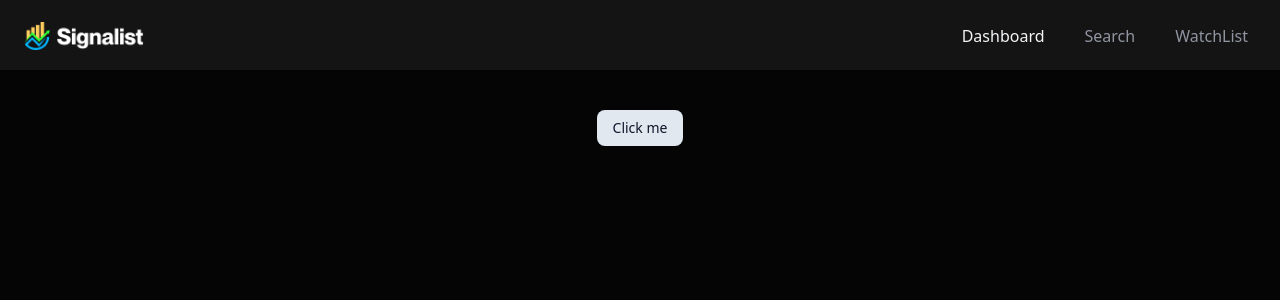
Repository: ahmadsaadkhan/stock-trading-app
Page: /
An editor plug-in stored every save of this project. The page is shown before and after the next save, followed by the edit.
The browser window is 1280 px wide. The pictures show the whole page.
The project was rebuilt for these pictures with package versions that can differ from the ones it lists, and the page was loaded fresh each time. The framework's server and built-in components were replaced by stand-ins that run in the browser. Also part of the build but not shown: next.config.ts.

Above is the page before, as saved 2025-10-03 17:39:00.

### app/layout.tsx
import type { Metadata } from "next";
import { Geist, Geist_Mono } from "next/font/google";
import "./globals.css";

const geistSans = Geist({
  variable: "--font-geist-sans",
  subsets: ["latin"],
});

const geistMono = Geist_Mono({
  variable: "--font-geist-mono",
  subsets: ["latin"],
});

export const metadata: Metadata = {
  title: "Signalist",
  description: "Generated by create next app",
};

export default function RootLayout({
  children,
}: Readonly<{
  children: React.ReactNode;
}>) {
  return (
    <html lang="en" className="dark">
      <body
        className={`${geistSans.variable} ${geistMono.variable} antialiased`}
      >
        {children}
      </body>
    </html>
  );
}

### app/(root)/layout.tsx
import Header from "@/components/Header"

const layout = ({ children} : { children: React.ReactNode}) => {
  return (
    <main className="min-h-screen text-gray-400">
        <Header />
        <div className="container py-10">
            {children}
        </div>
    </main>
  )
}

export default layout

### app/(root)/page.tsx
import { Button } from "@/components/ui/button"

const Home = () => {
  return (
    <div className="flex justify-center items-center hscreen">
      <Button>Click me</Button>
    </div>
  )
}

export default Home

### components/Header.tsx
import Image from 'next/image'
import Link from 'next/link'
import React from 'react'
import NavItems from './NavItems'

const Header = () => {
  return (
    <header className="sticky top-0 header">
        <div className="container header-wrapper">
            <Link href="/">
                <Image src="/logo.png" alt="Logo" width={120} height={30} className="object-contain"/>
            </Link>
            <nav className="hidden sm:block">
                <NavItems />
            </nav>
        </div>
    </header>
  )
}

export default Header

### components/ui/button.tsx
import * as React from "react"
import { Slot } from "@radix-ui/react-slot"
import { cva, type VariantProps } from "class-variance-authority"

import { cn } from "@/lib/utils"

const buttonVariants = cva(
  "inline-flex items-center justify-center gap-2 whitespace-nowrap rounded-md text-sm font-medium transition-all disabled:pointer-events-none disabled:opacity-50 [&_svg]:pointer-events-none [&_svg:not([class*='size-'])]:size-4 shrink-0 [&_svg]:shrink-0 outline-none focus-visible:border-ring focus-visible:ring-ring/50 focus-visible:ring-[3px] aria-invalid:ring-destructive/20 dark:aria-invalid:ring-destructive/40 aria-invalid:border-destructive",
  {
    variants: {
      variant: {
        default: "bg-primary text-primary-foreground hover:bg-primary/90",
        destructive:
          "bg-destructive text-white hover:bg-destructive/90 focus-visible:ring-destructive/20 dark:focus-visible:ring-destructive/40 dark:bg-destructive/60",
        outline:
          "border bg-background shadow-xs hover:bg-accent hover:text-accent-foreground dark:bg-input/30 dark:border-input dark:hover:bg-input/50",
        secondary:
          "bg-secondary text-secondary-foreground hover:bg-secondary/80",
        ghost:
          "hover:bg-accent hover:text-accent-foreground dark:hover:bg-accent/50",
        link: "text-primary underline-offset-4 hover:underline",
      },
      size: {
        default: "h-9 px-4 py-2 has-[>svg]:px-3",
        sm: "h-8 rounded-md gap-1.5 px-3 has-[>svg]:px-2.5",
        lg: "h-10 rounded-md px-6 has-[>svg]:px-4",
        icon: "size-9",
      },
    },
    defaultVariants: {
      variant: "default",
      size: "default",
    },
  }
)

function Button({
  className,
  variant,
  size,
  asChild = false,
  ...props
}: React.ComponentProps<"button"> &
  VariantProps<typeof buttonVariants> & {
    asChild?: boolean
  }) {
  const Comp = asChild ? Slot : "button"

  return (
    <Comp
      data-slot="button"
      className={cn(buttonVariants({ variant, size, className }))}
      {...props}
    />
  )
}

export { Button, buttonVariants }

### components/NavItems.tsx
'use client'

import { NAV_Items } from '@/lib/constants'
import Link from 'next/link'
import { usePathname } from 'next/navigation'
import React from 'react'

const NavItems = () => {
  const pathName = usePathname()
  const isActive = (path: string) => {
    if (path === '/') return pathName === '/'
    return pathName?.startsWith(path)
  }
  return (
    <ul className="flex flex-col sm:flex-row p-2 gap-3 sm:gap-10 font-medium">
        {NAV_Items.map(({ href, title }) => (
            <li key={href}>
                <Link href={href} className={`hover:text-yellow-500 transition-colors ${isActive(href) ? 'text-gray-100' : ''}`}>
                    {title}
                </Link>
            </li>
        ))}
    </ul>
  )
}

export default NavItems

### lib/constants.ts
export const NAV_Items = [
    { href: "/", title: "Dashboard" },
    { href: "/search", title: "Search" },
    { href: "/watchlist", title: "WatchList" },
]

Loaded but not shown: app/globals.css (common file); lib/utils.ts (common file)

After the next save:
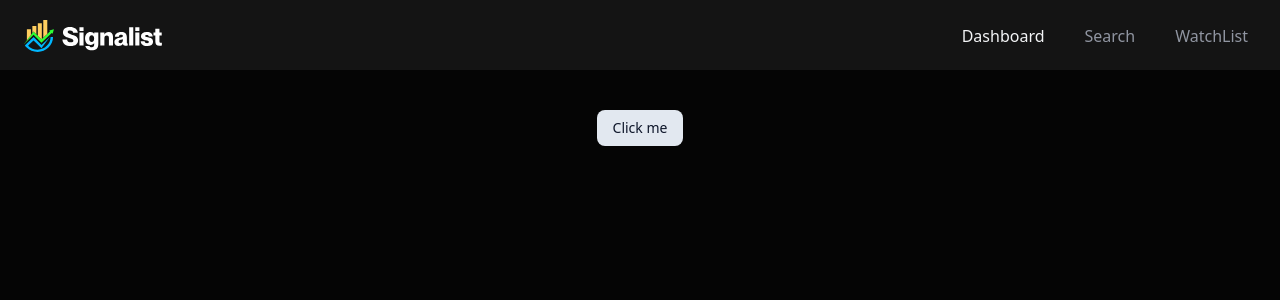
Saved 2 min 21 s later.
--- a/components/Header.tsx
+++ b/components/Header.tsx
@@ -8,7 +8,7 @@ const Header = () => {
     <header className="sticky top-0 header">
         <div className="container header-wrapper">
             <Link href="/">
-                <Image src="/logo.png" alt="Logo" width={120} height={30} className="object-contain"/>
+                <Image src="/assets/icons/logo.svg" alt="Signalist logo" width={140} height={32} className="h-8 w-auto cursor-pointer" />
             </Link>
             <nav className="hidden sm:block">
                 <NavItems />
